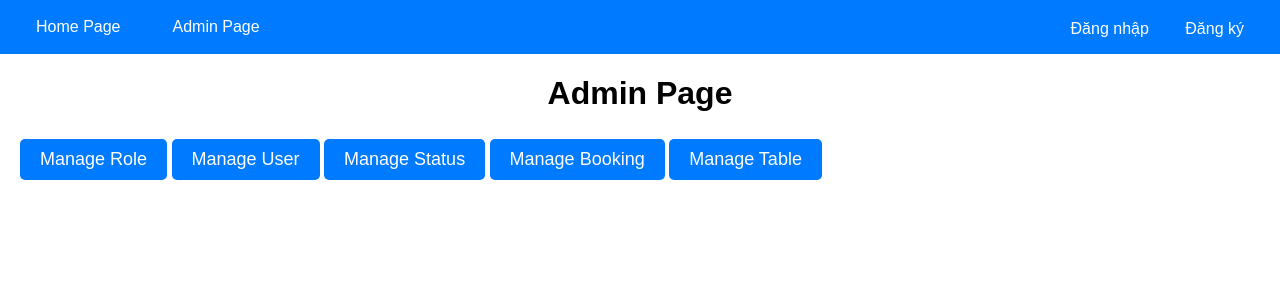
Repository: Loc2804/LTM
Page: http://localhost/RestaurantProject/WelcomeAdmin.jsp
The author's editor kept a copy of each file at every save. The page is drawn from the files as they stood at one save, then again after the next save.
The browser window is 1280 px wide. The pictures show the whole page.
The page is served by Tomcat 10.

Above is the page before, as saved 2024-12-15 08:58:10.

After the next save:
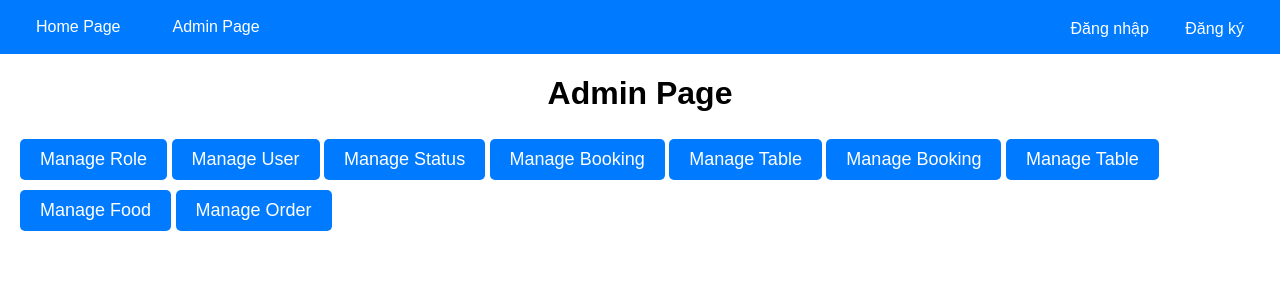
Saved 3 min 25 s later.
--- a/RestaurantProject/src/main/webapp/WelcomeAdmin.jsp
+++ b/RestaurantProject/src/main/webapp/WelcomeAdmin.jsp
@@ -121,7 +121,13 @@
        	<a href="ManageStatus.jsp">Manage Status</a>
        	<a href="Index_booking.jsp">Manage Booking</a>
        	<a href="Index_Tables.jsp">Manage Table</a>
+       	<a href="Index_booking.jsp">Manage Booking</a>
+       	<a href="Index_Tables.jsp">Manage Table</a>
+       	<a href="FoodController?action=manager">Manage Food</a>
+		<a href="OrderController?action=manager">Manage Order</a>
    	</div>
+
+
 
 
 </body>
